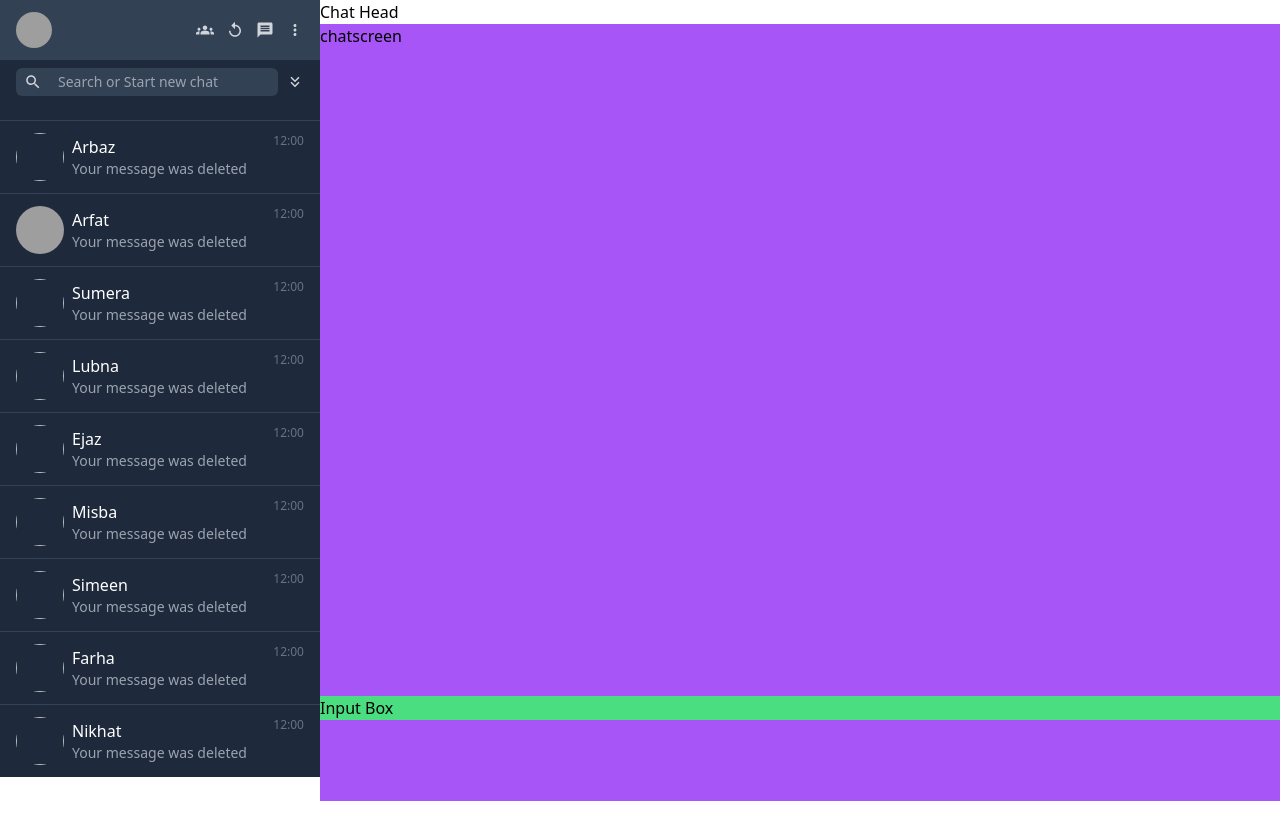
Repository: theanmol-raj/whatsapp
Page: /
An editor plug-in stored every save of this project. The page is shown before and after the next save, followed by the edit.
The browser window is 1280 px wide. The pictures show the whole page.
Pictures or frames that could not be fetched are drawn as grey boxes. The project was rebuilt for these pictures with package versions that can differ from the ones it lists, and the page was loaded fresh each time.

Above is the page before, as saved 2022-12-05 21:13:21.

### src/index.js
import React from 'react';
import ReactDOM from 'react-dom/client';
import './index.css';
import App from './App';






const root = ReactDOM.createRoot(document.getElementById('root'));

root.render(
  <App />
);

### src/App.js
import Homescreen from "./Screens/Homescreen";

function App() {

  return (
    <div className="h-screen w-screen bg-slate-900">
      <Homescreen />
      {/* LoginScreen */}
    </div>
  );
}

export default App;

### src/Screens/Homescreen.jsx
import React from 'react'
import ChatScreen from '../Components/ChatScreen'
import ContactList from '../Components/ContactList'

function Homescreen() {
  return (
    <div className=' w-full max-w-[95rem] grid grid-cols-4 h-screen bg-red-500 mx-auto'>
        {/* Contact List */}
            <ContactList />
        {/* Message Box */}
            <ChatScreen />

    </div>
  )
}

export default Homescreen

### src/Components/ChatScreen.jsx
import React from 'react'

function ChatScreen() {
  return (
    <div className=' bg-yellow-400 col-span-3 relative'>
        <div className=' w-full bg-white sticky top-0'>
                Chat Head
        </div>
        <div className=' h-full bg-purple-500'>
                chatscreen
        </div>
        <div className=' w-full sticky bottom-0 bg-green-400'>
                Input Box
        </div>
    </div>
  )
}

export default ChatScreen

### src/Components/ContactList.jsx
import React from 'react'
import GroupsIcon from '@mui/icons-material/Groups';
import ReplayIcon from '@mui/icons-material/Replay';
import MessageIcon from '@mui/icons-material/Message';
import MoreVertIcon from '@mui/icons-material/MoreVert';
import KeyboardDoubleArrowDownIcon from '@mui/icons-material/KeyboardDoubleArrowDown';
import SearchIcon from '@mui/icons-material/Search';
import ContactCard from './ContactCard';


function ContactList() {

  const ContactArray = [ { name : "Arfat" , img : `https://pps.whatsapp.net/v/t61.24694-24/312280018_169906322326594_541453286877171405_n.jpg?ccb=11-4&oh=01_AdQ1yNbSZqdVKcnMgMRJIHB1Ir-EPaz0J7QmOLxRvme0eg&oe=639896B0`} ,
  { name : "Ejaz" , img : `https://pps.whatsapp.net/v/t61.24694-24/298328542_766611371246745_4042993338047187675_n.jpg?ccb=11-4&oh=01_AdQ36FheWCyxcYyPJQ-xCOFR58A1-h-HbgN6dFXHd5YssQ&oe=639876BD`},
  { name : "Jay" , img : `https://pps.whatsapp.net/v/t61.24694-24/309614518_676409680674624_813590369321952386_n.jpg?ccb=11-4&oh=01_AdQbubsmhWacR9EVpPe10W9t9Xm3P9OgNLSLIcnwalFypA&oe=63989C85`}]



  return (
    <div className=' bg-slate-800'>
      <div className=' flex justify-between items-center p-3 px-4 bg-slate-700'>
        <img className=' rounded-full h-9 w-9' alt='' src="https://pps.whatsapp.net/v/t61.24694-24/158723607_419193396439292_5955373819812020282_n.jpg?stp=dst-jpg_s96x96&ccb=11-4&oh=01_AdRKjHR9ktMhs2HrAksQulr5trvWOTtpB53hlyDh0ZECbw&oe=63986EC2" />
        <div className=' flex text-gray-300 text-lg space-x-3'>
          <GroupsIcon fontSize='inherit' />
          <ReplayIcon fontSize='inherit' />
          <MessageIcon fontSize='inherit' />
          <MoreVertIcon fontSize='inherit' />
        </div>

      </div>
      <div className=' flex items-center text-gray-300 px-4 py-2 text-lg space-x-2'>
        <div className='flex items-center w-full bg-slate-700 space-x-4 px-2 py-1 rounded-md'>
          <SearchIcon fontSize='inherit' />
          <input placeholder='Search or Start new chat' className=' bg-transparent text-sm w-full' />
        </div>
        <KeyboardDoubleArrowDownIcon fontSize='inherit' />
      </div>

      <div className='mt-4'>
        <ContactCard showName="Arbaz" />
        <ContactCard showName="Arfat" showImg="https://pps.whatsapp.net/v/t61.24694-24/312280018_169906322326594_541453286877171405_n.jpg?ccb=11-4&oh=01_AdQ1yNbSZqdVKcnMgMRJIHB1Ir-EPaz0J7QmOLxRvme0eg&oe=639896B0" />
        <ContactCard showName="Sumera" />
        <ContactCard showName="Lubna" />
        <ContactCard showName="Ejaz" />
        <ContactCard showName="Misba" />
        <ContactCard showName="Simeen" />
        <ContactCard showName="Farha" />
        <ContactCard showName="Nikhat" />
      </div>

    </div>
  )
}

export default ContactList

### src/Components/ContactCard.jsx
import React from 'react'




function ContactCard(props){
    console.log(props)


  return (
    <div className='text-gray-500 border-t py-3 border-slate-700 text-sm'>
        <div className=' flex justify-between mx-4'>
            <div className=' flex space-x-2 items-center'>
                <img className=' rounded-full h-12 w-12' alt='' src={props.showImg} />
                <div>
                    <p className=' text-white text-base'>{props.showName}</p>
                    <p className=' text-gray-400'> Your message was deleted</p>
                </div>
            </div>
            <div>
                <p className='text-xs '>12:00</p>
            </div>
        </div>
    </div>
  )
}

export default ContactCard

Loaded but not shown: public/index.html (common file); src/index.css (common file); tailwind.config.js (common file)

After the next save:
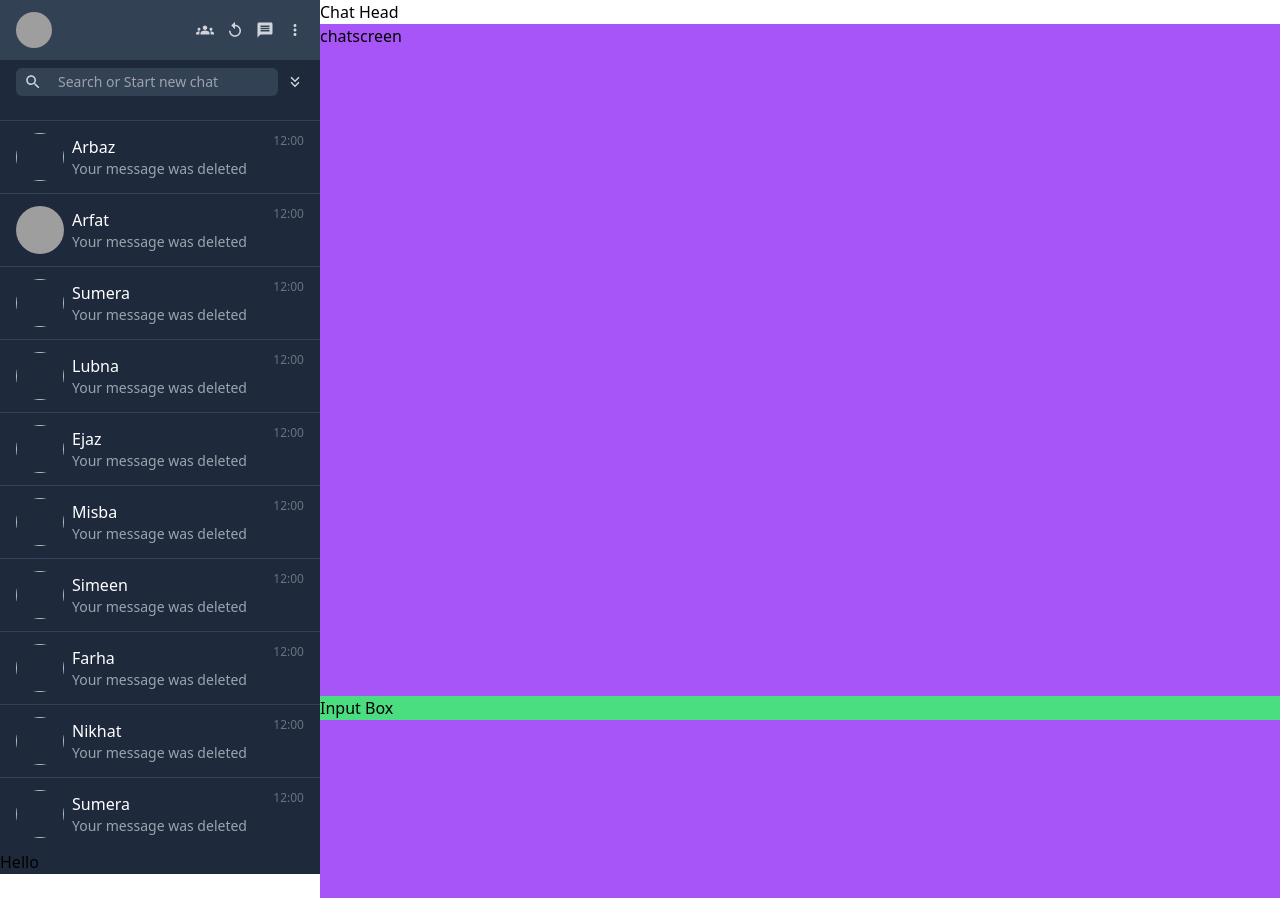
Saved 65 s later.
--- a/src/Components/ContactList.jsx
+++ b/src/Components/ContactList.jsx
@@ -14,7 +14,7 @@ function ContactList() {
   { name : "Ejaz" , img : `https://pps.whatsapp.net/v/t61.24694-24/298328542_766611371246745_4042993338047187675_n.jpg?ccb=11-4&oh=01_AdQ36FheWCyxcYyPJQ-xCOFR58A1-h-HbgN6dFXHd5YssQ&oe=639876BD`},
   { name : "Jay" , img : `https://pps.whatsapp.net/v/t61.24694-24/309614518_676409680674624_813590369321952386_n.jpg?ccb=11-4&oh=01_AdQbubsmhWacR9EVpPe10W9t9Xm3P9OgNLSLIcnwalFypA&oe=63989C85`}]
 
-
+  const Arr = [<ContactCard showName="Sumera" /> , <p>Hello</p>]
 
   return (
     <div className=' bg-slate-800'>
@@ -46,6 +46,8 @@ function ContactList() {
         <ContactCard showName="Simeen" />
         <ContactCard showName="Farha" />
         <ContactCard showName="Nikhat" />
+          {Arr}
+
       </div>
 
     </div>
